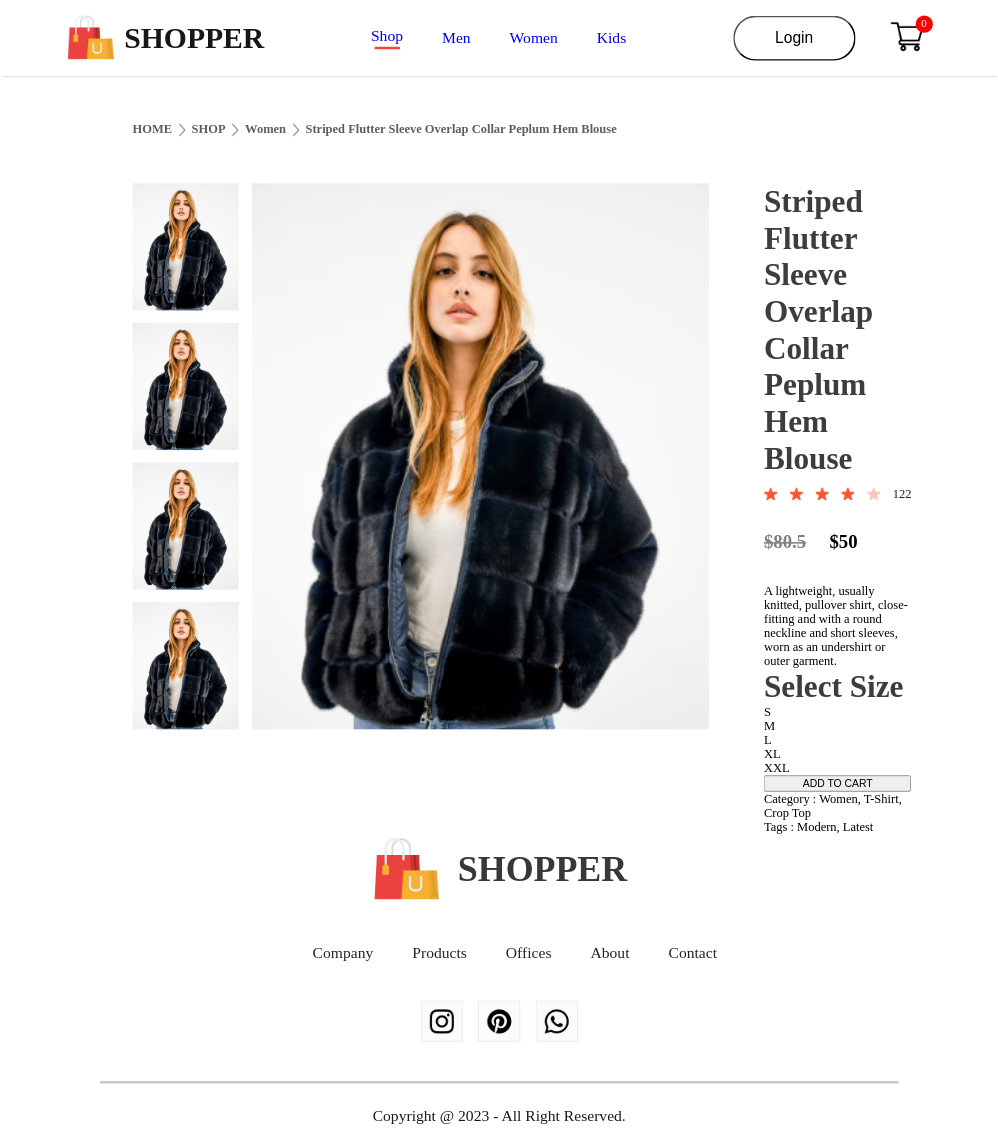
Repository: Nandhini653/SHOPPER-ECOM
Page: /product/1
The author's editor kept a copy of each file at every save. The page is drawn from the files as they stood at one save, then again after a run of saves.
The browser window is 1280 px wide. The pictures show the whole page, at 78% of full size.
The project was rebuilt for these pictures with package versions that can differ from the ones it lists, and the page was loaded fresh each time. Also part of the build but not shown: src/App.css, src/Pages/CSS/ShopCategory.css, src/Components/Item/Item.css, src/Components/Item/Item.jsx, src/Pages/ShopCategory.jsx, src/Pages/Cart.jsx, src/Pages/CSS/LoginSignup.css, src/Pages/LoginSignup.jsx and 13 more.

Above is the page before, as saved 2024-06-24 17:22:31.

### src/index.css
* {
  margin: 0;
}

body {
  margin: 0;
  font-family: -apple-system, BlinkMacSystemFont, 'Segoe UI', 'Roboto', 'Oxygen',
    'Ubuntu', 'Cantarell', 'Fira Sans', 'Droid Sans', 'Helvetica Neue',
    sans-serif;
  -webkit-font-smoothing: antialiased;
  -moz-osx-font-smoothing: grayscale;
  font-family: 'poppins';
}

code {
  font-family: source-code-pro, Menlo, Monaco, Consolas, 'Courier New',
    monospace;
}

### src/App.js

import './App.css';
import Navbar from './Components/Navbar/Navbar';
import ShopCategory from './Pages/ShopCategory';
import Cart from './Pages/Cart';
import LoginSignup from './Pages/LoginSignup';
import Product from './Pages/Product';
import Shop from './Pages/Shop';
import Footer from './Components/Footer/Footer';
import men_banner from './Components/Assests/banner_mens.png'
import women_banner from './Components/Assests/banner_women.png'
import kid_banner from './Components/Assests/banner_kids.png'

import { BrowserRouter,Routes,Route } from 'react-router-dom';

function App() {
  return (
    <div>
      <BrowserRouter>
      <Navbar/>
      <Routes>
        <Route path = '/' element={<Shop/>}/>
        <Route path = '/mens' element={<ShopCategory  banner={men_banner}category="men"/>}/>
        <Route path = '/womens' element={<ShopCategory banner={women_banner} category="women"/>}/>
        <Route path = '/kids' element={<ShopCategory  banner= {kid_banner} category="kids"/>}/>
        <Route path= '/product' element={<Product/>}/>
        <Route path='/product/:productId' element={<Product />} />
        <Route path='/cart' element={<Cart/>}/>
        <Route path='/login' element={<LoginSignup/>}/>
      </Routes>
      <Footer/>
      </BrowserRouter>

    </div>
  );
}

export default App;

### src/Context/ShopContext.jsx
 import React , { createContext, useContext } from "react";
 import all_product from '../Components/Assests/all_product';

export const ShopContext = createContext(null);

const ShopContextProvider = (props) => {

    const contextValue = {all_product};

    return (
        <ShopContext.Provider value ={contextValue}>
            {props.children}
        </ShopContext.Provider>
    )
}
export default ShopContextProvider;

### src/Components/Navbar/Navbar.jsx
import React, { useState } from 'react'
import './Navbar.css'
import logo from '../Assests/logo.png'
import cart_icon from '../Assests/cart_icon.png'
import { Link } from 'react-router-dom'


const Navbar = () => {

    const [menu, setMenu] = useState("shop")
  return (
    <div className='navbar'>
        <div className="nav-logo">
            <img src={logo} alt="logo" />
            <p>SHOPPER</p>
        </div>
      <div className="nav-menu">
        <li onClick={()=> {setMenu("shop")}}> <Link  style ={{textDecoration: 'none '}} to='/'>Shop</Link> {menu === "shop"? <hr/> :<></>}</li>
        <li onClick={()=> {setMenu("mens")}}><Link style ={{textDecoration: 'none '}} to='/mens'>Men</Link>  {menu === "mens"? <hr/> :<></>}</li>
        <li onClick={()=> {setMenu("womens")}}><Link style ={{textDecoration: 'none '}} to='/womens'>Women </Link> {menu === "womens"? <hr/> :<></>}</li>
        <li onClick={()=> {setMenu("kids")}}><Link style ={{textDecoration: 'none '}} to='/kids'>Kids</Link>  {menu === "kids"? <hr/> :<></>}</li>
      </div>
      <div className="nav-login-cart">
        <Link to='/login'><button>Login</button></Link>
        <Link to='/cart'><img src= {cart_icon} alt='cart-icon'/></Link>
        <div className="nav-cart-count">0</div>
      </div>
    </div>
  )
}

export default Navbar

### src/Pages/Product.jsx
import React, { useContext } from 'react'
import { useParams } from 'react-router-dom';
import {ShopContext} from '../Context/ShopContext'
import Breadcrums from '../Components/Breadcrums/Breadcrums';
import ProductDisplay from '../Components/ProductDisplay/ProductDisplay';

const Product = () => {
  const {all_product} = useContext(ShopContext);
  const {productId} = useParams();
  const product =all_product.find((e)=> e.id === Number(productId));
  return (
    <div>
      <Breadcrums product={product}/>
      <ProductDisplay product={product}/>
    </div>
  )
}

export default Product

### src/Components/Footer/Footer.jsx
import React from 'react'
import './Footer.css'
import footer_logo from '../Assests/logo_big.png'
import instagram_icon from '../Assests/instagram_icon.png'
import pintester_icon from '../Assests/pintester_icon.png'
import whatsapp_icon from '../Assests/whatsapp_icon.png'

const Footer = () => {
    return (
        <div className='footer'>
            <div className="footer-logo">
                <img src={footer_logo} alt='' />
                <p>SHOPPER</p>
            </div>
            <ul className='footer-links'>
                <li>Company</li>
                <li>Products</li>
                <li>Offices</li>
                <li>About</li>
                <li>Contact</li>
            </ul>
            <div className="footer-social-icon">
                <div className="footer-icons-container">
                    <img src={instagram_icon} alt="" />
                </div>
                <div className="footer-icons-container">
                    <img src={pintester_icon} alt="" />
                </div>
                <div className="footer-icons-container">
                    <img src={whatsapp_icon} alt="" />
                </div>
            </div>
             <div className="footer-copyright">
                <hr/>
                <p> Copyright @ 2023 - All Right Reserved.</p>
             </div>
        </div>
    )
}

export default Footer

### src/Components/Assests/all_product.js
import p1_img from "./product_1.png";
import p2_img from "./product_2.png";
import p3_img from "./product_3.png";
import p4_img from "./product_4.png";
import p5_img from "./product_5.png";
import p6_img from "./product_6.png";
import p7_img from "./product_7.png";
import p8_img from "./product_8.png";
import p9_img from "./product_9.png";
import p10_img from "./product_10.png";
import p11_img from "./product_11.png";
import p12_img from "./product_12.png";
import p13_img from "./product_13.png";
import p14_img from "./product_14.png";
import p15_img from "./product_15.png";
import p16_img from "./product_16.png";
import p17_img from "./product_17.png";
import p18_img from "./product_18.png";
import p19_img from "./product_19.png";
import p20_img from "./product_20.png";
import p21_img from "./product_21.png";
import p22_img from "./product_22.png";
import p23_img from "./product_23.png";
import p24_img from "./product_24.png";
import p25_img from "./product_25.png";
import p26_img from "./product_26.png";
import p27_img from "./product_27.png";
import p28_img from "./product_28.png";
import p29_img from "./product_29.png";
import p30_img from "./product_30.png";
import p31_img from "./product_31.png";
import p32_img from "./product_32.png";
import p33_img from "./product_33.png";
import p34_img from "./product_34.png";
import p35_img from "./product_35.png";
import p36_img from "./product_36.png";

let all_product = [
  {
    id: 1,
    name: "Striped Flutter Sleeve Overlap Collar Peplum Hem Blouse",
    category: "women",
    image: p1_img,
    new_price: 50.0,
    old_price: 80.5,
  },
  {
    id: 2,
    name: "Striped Flutter Sleeve Overlap Collar Peplum Hem Blouse",
    category: "women",
    image: p2_img,
    new_price: 85.0,
    old_price: 120.5,
  },
  {
    id: 3,
    name: "Striped Flutter Sleeve Overlap Collar Peplum Hem Blouse",
    category: "women",
    image: p3_img,
    new_price: 60.0,
    old_price: 100.5,
  },
  {
    id: 4,
    name: "Striped Flutter Sleeve Overlap Collar Peplum Hem Blouse",
    category: "women",
    image: p4_img,
    new_price: 100.0,
    old_price: 150.0,
  },
  {
    id: 5,
    name: "Striped Flutter Sleeve Overlap Collar Peplum Hem Blouse",
    category: "women",
    image: p5_img,
    new_price: 85.0,
    old_price: 120.5,
  },
  {
    id: 6,
    name: "Striped Flutter Sleeve Overlap Collar Peplum Hem Blouse",
    category: "women",
    image: p6_img,
    new_price: 85.0,
    old_price: 120.5,
  },
  {
    id: 7,
    name: "Striped Flutter Sleeve Overlap Collar Peplum Hem Blouse",
    category: "women",
    image: p7_img,
    new_price: 85.0,
    old_price: 120.5,
  },
  {
    id: 8,
    name: "Striped Flutter Sleeve Overlap Collar Peplum Hem Blouse",
    category: "women",
    image: p8_img,
    new_price: 85.0,
    old_price: 120.5,
  },
  {
    id: 9,
    name: "Striped Flutter Sleeve Overlap Collar Peplum Hem Blouse",
    category: "women",
    image: p9_img,
    new_price: 85.0,
    old_price: 120.5,
  },
  {
    id: 10,
    name: "Striped Flutter Sleeve Overlap Collar Peplum Hem Blouse",
    category: "women",
    image: p10_img,
    new_price: 85.0,
    old_price: 120.5,
  },
  {
    id: 11,
    name: "Striped Flutter Sleeve Overlap Collar Peplum Hem Blouse",
    category: "women",
    image: p11_img,
    new_price: 85.0,
    old_price: 120.5,
  },
  {
    id: 12,
    name: "Striped Flutter Sleeve Overlap Collar Peplum Hem Blouse",
    category: "women",
    image: p12_img,
    new_price: 85.0,
    old_price: 120.5,
  },
  {
    id: 13,
    name: "Men Green Solid Zippered Full-Zip Slim Fit Bomber Jacket",
    category: "men",
    image: p13_img,
    new_price: 85.0,
    old_price: 120.5,
  },
  {
    id: 14,
    name: "Men Green Solid Zippered Full-Zip Slim Fit Bomber Jacket",
    category: "men",
    image: p14_img,
    new_price: 85.0,
    old_price: 120.5,
  },
  {
    id: 15,
    name: "Men Green Solid Zippered Full-Zip Slim Fit Bomber Jacket",
    category: "men",
    image: p15_img,
    new_price: 85.0,
    old_price: 120.5,
  },
  {
    id: 16,
    name: "Men Green Solid Zippered Full-Zip Slim Fit Bomber Jacket",
    category: "men",
    image: p16_img,
    new_price: 85.0,
    old_price: 120.5,
  },
  {
    id: 17,
    name: "Men Green Solid Zippered Full-Zip Slim Fit Bomber Jacket",
    category: "men",
    image: p17_img,
    new_price: 85.0,
    old_price: 120.5,
  },
  {
    id: 18,
    name: "Men Green Solid Zippered Full-Zip Slim Fit Bomber Jacket",
    category: "men",
    image: p18_img,
    new_price: 85.0,
    old_price: 120.5,
  },
  {
    id: 19,
    name: "Men Green Solid Zippered Full-Zip Slim Fit Bomber Jacket",
    category: "men",
    image: p19_img,
    new_price: 85.0,
    old_price: 120.5,
  },
  {
    id: 20,
    name: "Men Green Solid Zippered Full-Zip Slim Fit Bomber Jacket",
    category: "men",
    image: p20_img,
    new_price: 85.0,
    old_price: 120.5,
  },
  {
    id: 21,
    name: "Men Green Solid Zippered Full-Zip Slim Fit Bomber Jacket",
    category: "men",
    image: p21_img,
    new_price: 85.0,
    old_price: 120.5,
  },
  {
    id: 22,
    name: "Men Green Solid Zippered Full-Zip Slim Fit Bomber Jacket",
    category: "men",
    image: p22_img,
    new_price: 85.0,
    old_price: 120.5,
  },
  {
    id: 23,
    name: "Men Green Solid Zippered Full-Zip Slim Fit Bomber Jacket",
    category: "men",
    image: p23_img,
    new_price: 85.0,
    old_price: 120.5,
  },
  {
    id: 24,
    name: "Men Green Solid Zippered Full-Zip Slim Fit Bomber Jacket",
    category: "men",
    image: p24_img,
    new_price: 85.0,
    old_price: 120.5,
  },
  {
    id: 25,
    name: "Boys Orange Colourblocked Hooded Sweatshirt",
    category: "kid",
    image: p25_img,
    new_price: 85.0,
    old_price: 120.5,
  },
  {
    id: 26,
    name: "Boys Orange Colourblocked Hooded Sweatshirt",
    category: "kid",
    image: p26_img,
    new_price: 85.0,
    old_price: 120.5,
  },
  {
    id: 27,
    name: "Boys Orange Colourblocked Hooded Sweatshirt",
    category: "kid",
    image: p27_img,
    new_price: 85.0,
    old_price: 120.5,
  },
  {
    id: 28,
    name: "Boys Orange Colourblocked Hooded Sweatshirt",
    category: "kid",
    image: p28_img,
    new_price: 85.0,
    old_price: 120.5,
  },
  {
    id: 29,
    name: "Boys Orange Colourblocked Hooded Sweatshirt",
    category: "kid",
    image: p29_img,
    new_price: 85.0,
    old_price: 120.5,
  },
  {
    id: 30,
    name: "Boys Orange Colourblocked Hooded Sweatshirt",
    category: "kid",
    image: p30_img,
    new_price: 85.0,
    old_price: 120.5,
  },
  {
    id: 31,
    name: "Boys Orange Colourblocked Hooded Sweatshirt",
    category: "kid",
    image: p31_img,
    new_price: 85.0,
    old_price: 120.5,
  },
  {
    id: 32,
    name: "Boys Orange Colourblocked Hooded Sweatshirt",
    category: "kid",
    image: p32_img,
    new_price: 85.0,
    old_price: 120.5,
  },
  {
    id: 33,
    name: "Boys Orange Colourblocked Hooded Sweatshirt",
    category: "kid",
    image: p33_img,
    new_price: 85.0,
    old_price: 120.5,
  },
  {
    id: 34,
    name: "Boys Orange Colourblocked Hooded Sweatshirt",
    category: "kid",
    image: p34_img,
    new_price: 85.0,
    old_price: 120.5,
  },
  {
    id: 35,
    name: "Boys Orange Colourblocked Hooded Sweatshirt",
    category: "kid",
    image: p35_img,
    new_price: 85.0,
    old_price: 120.5,
  },
  {
    id: 36,
    name: "Boys Orange Colourblocked Hooded Sweatshirt",
    category: "kid",
    image: p36_img,
    new_price: 85.0,
    old_price: 120.5,
  },
];

export default all_product;

### src/Components/Navbar/Navbar.css
  .navbar {
    display: flex;
    justify-content: space-around;
    padding: 16px;
    box-shadow: 0 1px 3px -2px black;
  }

  .nav-logo {
    display: flex;
    align-items: center;
    gap: 10px;
  }

  .nav-logo p{
    color: #171717;
    font-size: 38px;
    font-weight: 600;
  }
  .nav-menu {
    display: flex;
    align-items: center;
    list-style: none;
    gap: 50px;
    color: #626262;
    font-size: 20px;
    font-weight: 500;
  }

  .nav-menu li {
    display: flex;
    flex-direction: column;
    align-items: center;
    justify-content: center;
    gap: 3px;
    cursor: pointer;
  }

  .nav-menu hr {
    border: none;
    width: 80%;
    height: 3px;
    border-radius: 10px;
    background: #FF4141;
  }

.nav-login-cart {
    display: flex;
    align-items: center;
    gap: 45px;
}

.nav-login-cart button {
    width: 157px;
    height: 58px;
    outline: none;
    border: 1 px solid #7a7a7a;
    border-radius: 75px;
    font-size: 20px;
    font-weight: 500;
    background: white;
    cursor: pointer;
}

.nav-login-cart button:active {
    background: #f3f3f3;
}

.nav-cart-count {
    width: 22px;
    height: 22px;
    display: flex;
    justify-content: center;
    align-items: center;
    margin-top: -35px;
    margin-left: -55px;
    border-radius: 11px;
    font-size: 14px;
    background: red;
    color: white;

}

### src/Components/Breadcrums/Breadcrums.jsx
import React from 'react'
import './Breadcrums.css'
import arrow_icon from '../Assests/breadcrum_arrow.png'

const Breadcrums = (props) => {
    const {product} = props;
  return (
    <div className='breadcrum'>
      HOME <img src={arrow_icon} alt=''/> SHOP <img src={arrow_icon} alt=''/> {product.category} <img src={arrow_icon} alt=''/>
      {product.name}


    </div>
  )
}

export default Breadcrums

### src/Components/ProductDisplay/ProductDisplay.jsx
import React from 'react'
import './ProductDisplay.css'
import star_icon from '../Assests/star_icon.png'
import star_dull_icon from '../Assests/star_dull_icon.png'


const ProductDisplay = (props) => {
  const { product } = props;
  return (
    <div className='productdisplay'>
      <div className="productdisplay-left">
        <div className="productdisplay-img-list">
          <img src={product.image} alt="" />
          <img src={product.image} alt="" />
          <img src={product.image} alt="" />
          <img src={product.image} alt="" />
        </div>

        <div className="productdisplay-img">
          <img className='productdisplay-main-img' src={product.image} alt='' />
        </div>

      </div>

      <div className="productdisplay-right">
        <h1> {product.name}</h1>
        <div className="productdisplay-right-stars">
          <img src={star_icon} alt="" />
          <img src={star_icon} alt="" />
          <img src={star_icon} alt="" />
          <img src={star_icon} alt="" />
          <img src={star_dull_icon} alt="" />
          <p> {122}</p>
        </div>

        <div className="productdisplay-right-prices">
          <div className="productdisplay-right-price-old">
            ${product.old_price} </div>
          <div className="producrdisplay-right-price-new">
            ${product.new_price}</div>
        </div>
        <div className="productdisplay-right-description">
         <p> A lightweight, usually knitted, pullover shirt, close-fitting and with a round neckline and short sleeves, worn as an undershirt or outer garment.</p>
        </div>
        <div className="productdisplay-right-size">
          <h1> Select Size</h1>
          <div className="productdisplay-right-size">
             <div>S</div>
             <div>M</div>
             <div>L</div>
             <div>XL</div>
             <div>XXL</div>
          </div>
        </div>
        <button>ADD TO CART </button>
        <p className='productdisplay-right-category'><span> Category :</span> Women, T-Shirt, Crop Top  </p>
        <p className='productdisplay-right-category'><span> Tags :</span> Modern, Latest </p>

      </div>
    </div>
  )
}

export default ProductDisplay

### src/Components/Footer/Footer.css
.footer {
    display: flex;
    flex-direction: column;
    justify-content: center;
    align-items: center;
    gap: 50px;
}

.footer-logo {
    display: flex;
    align-items: center;
    gap: 20px;
}

.footer-logo p {
    color: #383838;
    font-size: 46px;
    font-weight: 700;
}

.footer-links {
    display: flex;
    list-style: none;
    gap: 50px;
    color: #252525;
    font-size: 20px;
}

.footer-links li {
    cursor: pointer;
}

.footer-social-icon {
    display: flex;
    gap: 20px;
}

.footer-icons-container {
    padding: 10px;
    padding-bottom: 6px;
    background: #fbfbfb;
    border: 1px solid #ebebeb;
}

.footer-copyright {
    display: flex;
    flex-direction: column;
    align-items: center;
    gap: 30px;
    width: 100%;
    margin-bottom: 30px;
    color:#1a1a1a;
    font-size: 20px;
}

.footer-copyright hr {
     width: 80%;
     border: none;
     border-radius: 10px;
     height: 3px;
     background:#c7c7c7 ;
}

### src/Components/ProductDisplay/ProductDisplay.css
.productdisplay {
    display:flex ;
    margin: 0px 170px;
}

.productdisplay-left {
    display: flex;
    gap: 17px;
}

.productdisplay-img-list {
    display: flex;
    flex-direction: column;
    gap: 16px;
}

.productdisplay-img-list img {
    height: 163px;
}

.productdisplay-main-img {
    width: 586px;
    height: 700px;
}

.productdisplay-right {
    margin: 0px 70px;
    display: flex;
    flex-direction: column;
}

.productdisplay-right h1 {
    color: #3d3d3d;
    font-size: 40px;
    font-weight: 700;
}

.productdisplay-right-stars {
    display: flex;
    align-items: center;
    margin-top: 13px;
    gap: 15px;
    color: #1c1c1c;
    font-size: 16px;
}

.productdisplay-right-prices {
    display: flex;
    margin: 40px 0px;
    gap: 30px;
    font-size: 24px;
    font-weight: 700;
}

.productdisplay-right-price-old {
    color: #818181;
    text-decoration: line-through;
}

.productdisplay-right-price-new {
    color: #ff4141;
}

.

Loaded but not shown: src/index.js (common file); src/reportWebVitals.js (common file); src/Components/Breadcrums/Breadcrums.css (common file)

After the next 12 saves:
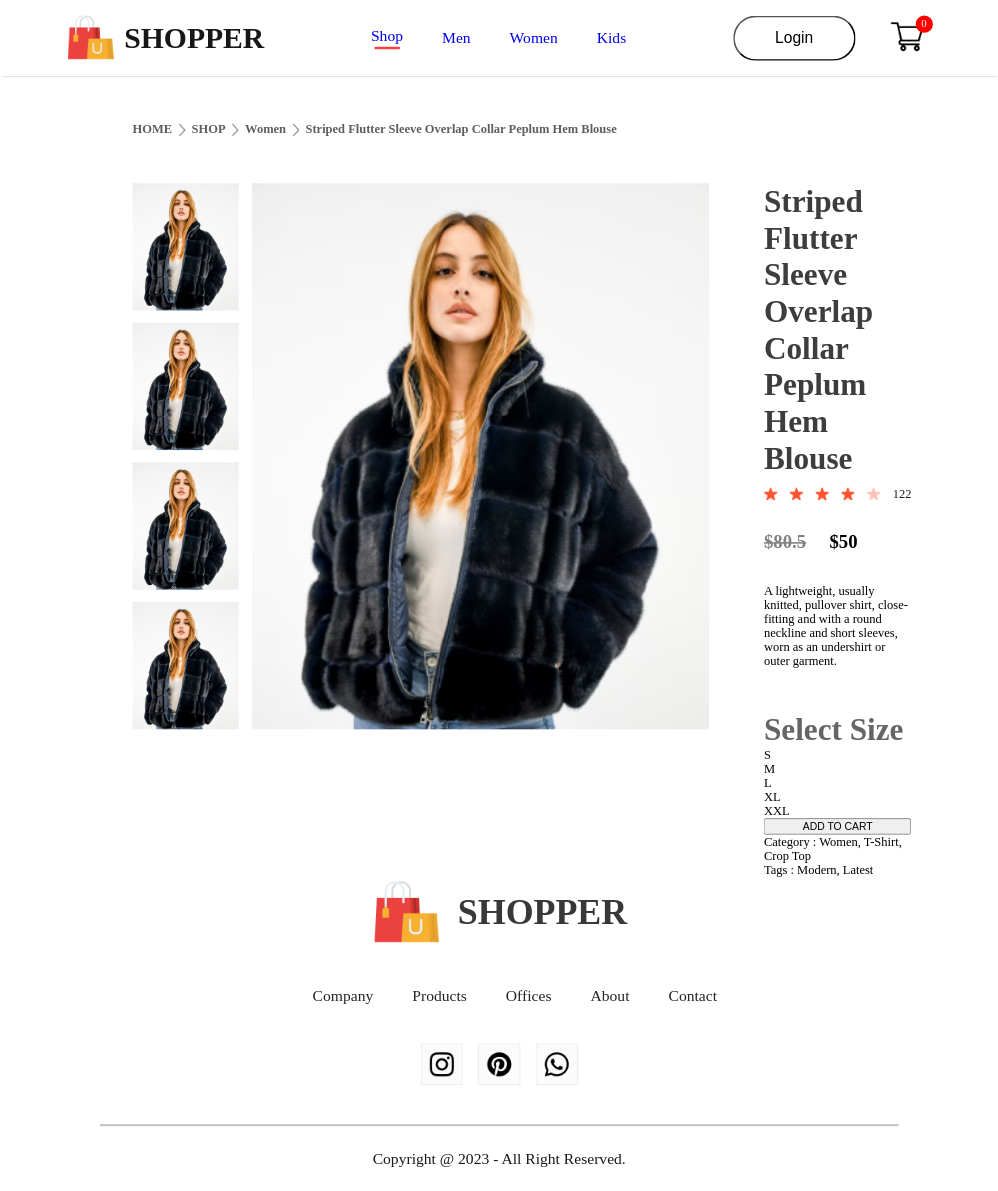
The 12 saves are shown as one change because they came seconds apart.
The last was saved 39 s later.
--- a/src/Components/ProductDisplay/ProductDisplay.css
+++ b/src/Components/ProductDisplay/ProductDisplay.css
@@ -61,4 +61,7 @@
     color: #ff4141;
 }
 
-.
+.productdisplay-right-size h1 {
+    margin-top: 55px;
+    color: #656565;
+}
